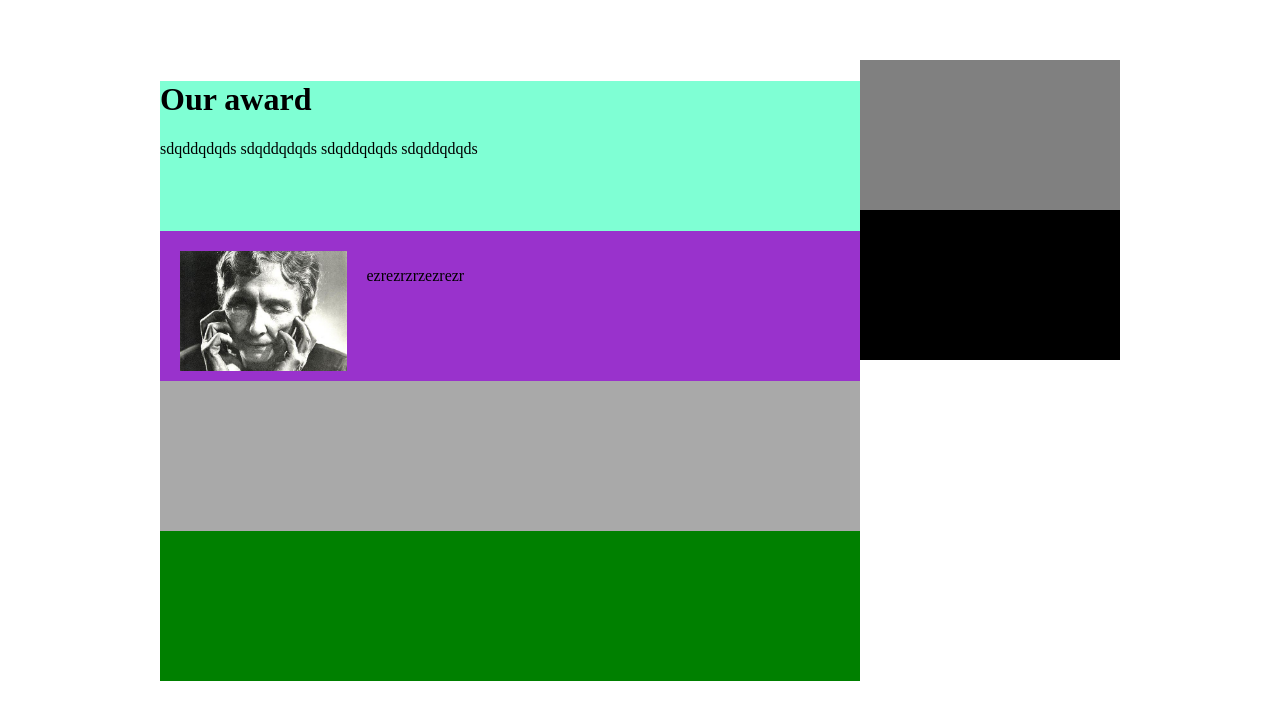
Repository: Luc010/Exercices
Page: HTML CSS/cours/float3.html
The author's editor kept a copy of each file at every save. The page is drawn from the files as they stood at one save, then again after a run of saves.
The browser window is 1280 px wide. The pictures show the whole page.

Above is the page before, as saved 2019-09-05 11:44:28.

### HTML CSS/cours/float3.html
<!DOCTYPE html>
<html lang="en">
<head>
    <meta charset="UTF-8">
    <meta name="viewport" content="width=device-width, initial-scale=1.0">
    <meta http-equiv="X-UA-Compatible" content="ie=edge">
    <title>Document</title>
    <style>
        body {
            margin: 0;
        }

        .container {
            width: 960px;
            height: 600px;
            margin-left: auto;
            margin-right: auto;
            margin-top: 60px
        }

        .col {
            height: 600px;
            width: 700px;
            float: left;
        }
        .col2 {
            height: 600px;
            width: 260px;
            float: right;
        }
        .bloc,.bloc2,.bloc3,.bloc4,.bloc5,.bloc6{
            height: 150px;
        }
        .bloc{
            background-color: aquamarine;
        }
        .bloc2{
            background-color: darkorchid;
        }
        .bloc3{
            background-color: darkgrey;
        }
        .bloc4{
            background-color: green;
        }
        .bloc5{
            background-color: grey;
        }
        .bloc6{
            background-color: black;
        }
    </style>
</head>
<body>
    <div class="container">
        <div class="col">
            <div class="bloc">
                <h1>Our award</h1>
                <p>sdqddqdqds sdqddqdqds sdqddqdqds sdqddqdqds</p>
            </div>
            <div class="bloc2">
                <div style="padding:20px">
                    <img src="img/hk.jpg" height="120px" style="float: left">
                    <p style="float: left; margin-left:20px">ezrezrzrzezrezr</p>
                </div>
            </div>
            <div class="bloc3">

            </div>
            <div class="bloc4">

            </div>
        </div>
        <div class="col2">
            <div class="bloc5">

            </div>
            <div class="bloc6">

            </div>
        </div>
    </div>
</body>
</html>

After the next 5 saves:
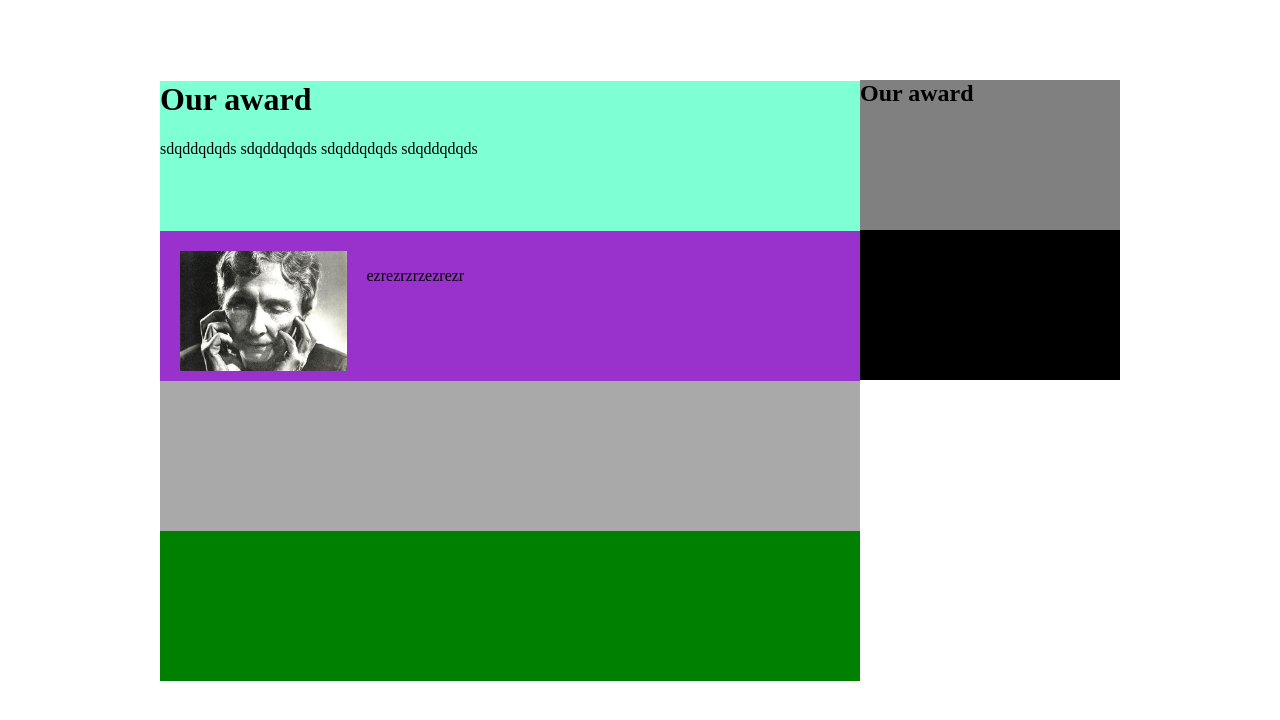
The 5 saves are shown as one change because they came seconds apart.
The last was saved 30 s later.
--- a/HTML CSS/cours/float3.html
+++ b/HTML CSS/cours/float3.html
@@ -73,7 +73,7 @@
         </div>
         <div class="col2">
             <div class="bloc5">
-
+                <h2>Our award</h1>
             </div>
             <div class="bloc6">
 
